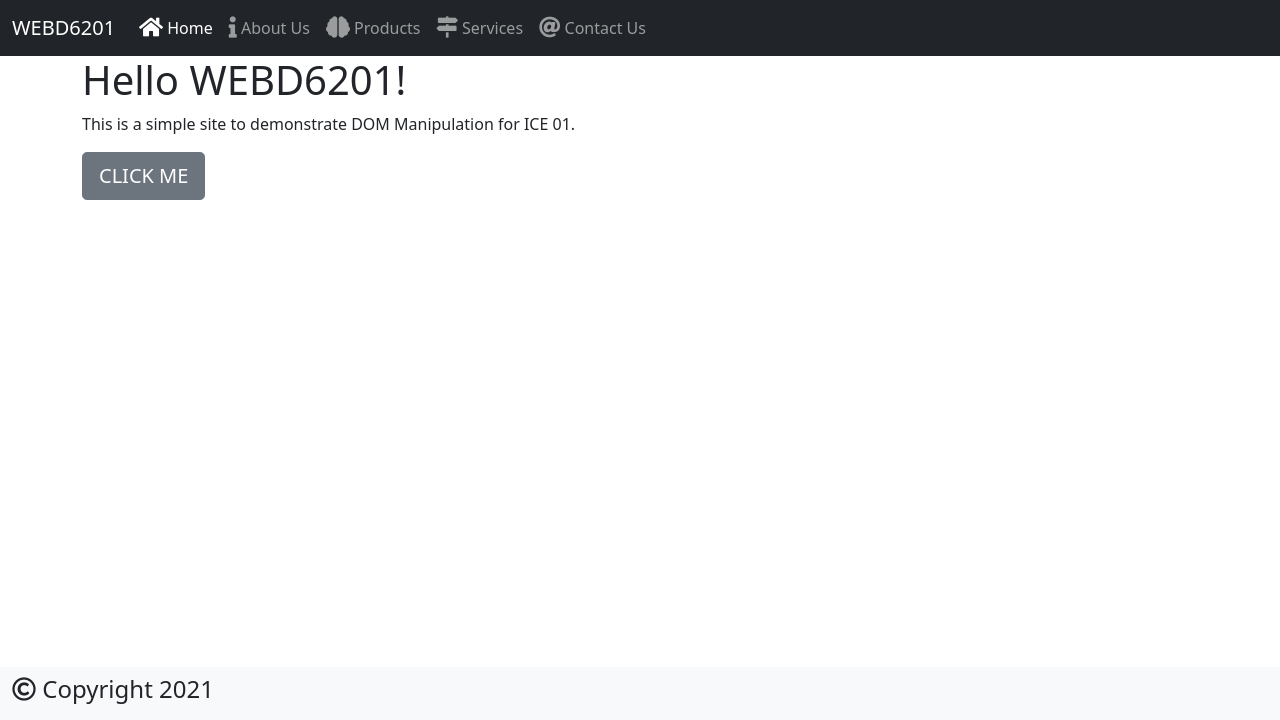
Repository: GarlicButterBoy/WEBD6201-Week1
Page: index.html
The author's editor kept a copy of each file at every save. The page is drawn from the files as they stood at one save, then again after a run of saves.
The browser window is 1280 px wide. The pictures show the whole page.

Above is the page before, as saved 2021-01-20 09:41:04.

### index.html
<!DOCTYPE html>
<html lang="en">
<head>
    <meta charset="UTF-8">
    <meta name="viewport" content="width=device-width, initial-scale=1.0">
    <title>Document</title>

    <!-- CSS Section -->
    <link rel="stylesheet" href="./node_modules/bootstrap/dist/css/bootstrap.min.css">
    <link rel="stylesheet" href="./node_modules/@fortawesome/fontawesome-free/css/all.min.css">
    <link rel="stylesheet" href="./Content/app.css">

</head>
<body>
       <!-- Main Nav -->

       <header>
        <nav class="navbar navbar-expand-lg navbar-dark bg-dark">
            <div class="container-fluid">
              <a class="navbar-brand" href="#">WEBD6201</a>
              <button class="navbar-toggler" type="button" data-bs-toggle="collapse" data-bs-target="#navbarSupportedContent" aria-controls="navbarSupportedContent" aria-expanded="false" aria-label="Toggle navigation">
                <span class="navbar-toggler-icon"></span>
              </button>
              <div class="collapse navbar-collapse" id="navbarSupportedContent">
                <ul class="navbar-nav ml-auto mb-2 mb-lg-0">

                  <li class="nav-item">
                    <a class="nav-link active" aria-current="page" href="#">
                        <i class="fas fa-home fa-lg"></i> Home</a>
                  </li>

                  <li class="nav-item">
                    <a class="nav-link" aria-current="page" href="#">
                        <i class="fas fa-info fa-lg"></i> About Us</a>
                  </li>

                  <li class="nav-item">
                    <a class="nav-link" aria-current="page" href="#">
                        <i class="fas fa-brain fa-lg"></i> Products</a>
                  </li>

                  <li class="nav-item">
                    <a class="nav-link" aria-current="page" href="#">
                        <i class="fas fa-map-signs fa-lg"></i> Services</a>
                  </li>

                  <li class="nav-item">
                    <a class="nav-link" aria-current="page" href="#">
                        <i class="fas fa-at fa-lg"></i> Contact Us</a>
                  </li>

                </ul>
              </div>
            </div>
          </nav>
    </header>

    <main class="container">
        <h1>Hello WEBD6201!</h1>
        <p id="paragraphOne" ></p>
        <button class="btn btn-secondary btn-lg" id="clickMeButton">CLICK ME</button>
    </main>

    <footer>
        <nav class="navbar fixed-bottom navbar-light bg-light">
            <div class="container-fluid">
              <h4><i class="far fa-copyright" ></i> Copyright 2021</h4>
            </div>
        </nav>
    </footer>

    <!-- JavaScript Section -->
    <script src="./node_modules/jquery/dist/jquery.min.js"></script>
    <script src="./node_modules/bootstrap/dist/js/bootstrap.bundle.min.js"></script>
    <script src="./Scripts/app.js"></script>

</body>
</html>

### Content/app.css
/*
 * Custom CSS goes here!
 */

### Scripts/app.js
/*
 * Custom Scripts go here!
 */

//IIFE - Immediately Invoked Function Expression
//AKA - Anonymous Self-Executing Function
//Closure - Limits Scope Leak

"use strict";

(function()
{
    //Initialization Function
    function Start()
    {

       console.log("App Started...");

       let paragraphOneText = "This is a simple site to demonstrate DOM Manipulation for ICE 01.";

       let paragraphOneElement = document.getElementById("paragraphOne");

       paragraphOneElement.c
       paragraphOneElement.textContent = paragraphOneText;

       for (let index = 0; index < 5; index++)
       {

        console.log(index);

        let clickMeButton = document.getElementById("clickMeButton");



        clickMeButton.addEventListener("click", ()=>
        {
            console.log("Click me button was depressed :(");
        });
       }
    }
    //Event Listener
    window.addEventListener("load", Start);

})();

Loaded but not shown: node_modules/bootstrap/dist/css/bootstrap.min.css (library); node_modules/@fortawesome/fontawesome-free/css/all.min.css (library); node_modules/jquery/dist/jquery.min.js (library); node_modules/bootstrap/dist/js/bootstrap.bundle.min.js (library)

After the next 2 saves:
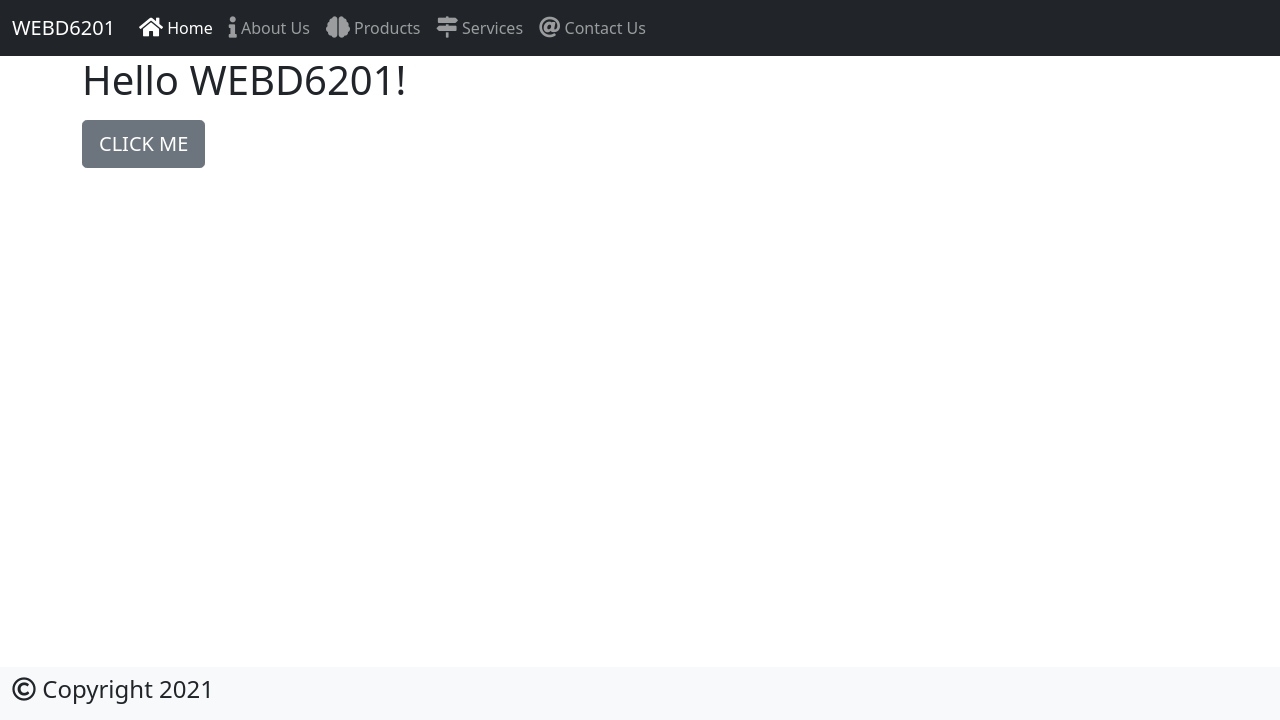
Console error: ReferenceError: paragraphOneElements is not defined
The 2 saves are shown as one change because they came seconds apart.
The last was saved 8 s later.
--- a/Scripts/app.js
+++ b/Scripts/app.js
@@ -20,7 +20,7 @@
 
        let paragraphOneElement = document.getElementById("paragraphOne");
 
-       paragraphOneElement.c
+       paragraphOneElements.stl
        paragraphOneElement.textContent = paragraphOneText;
 
        for (let index = 0; index < 5; index++)

After the 2 saves that followed:
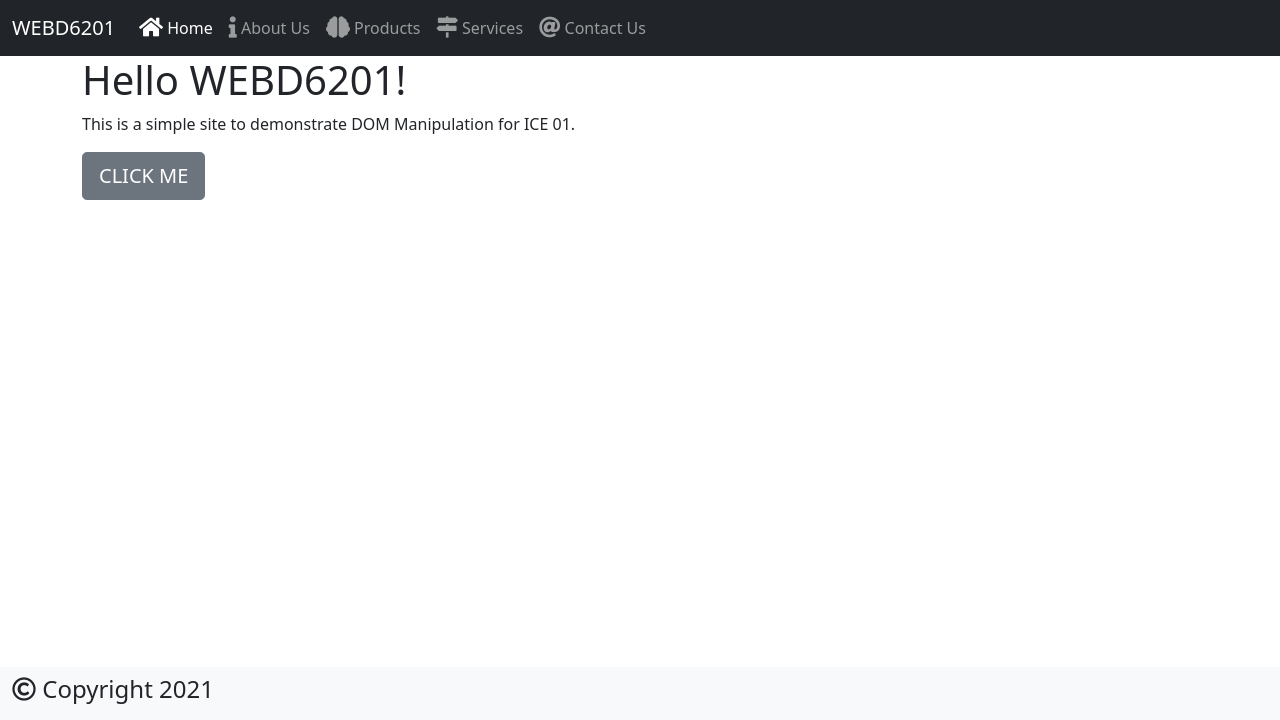
The error is gone.
The 2 saves are shown as one change because 1 left the picture as it was.
The last was saved 9 s later.
--- a/Scripts/app.js
+++ b/Scripts/app.js
@@ -20,7 +20,7 @@
 
        let paragraphOneElement = document.getElementById("paragraphOne");
 
-       paragraphOneElements.stl
+       paragraphOneElement.style
        paragraphOneElement.textContent = paragraphOneText;
 
        for (let index = 0; index < 5; index++)
